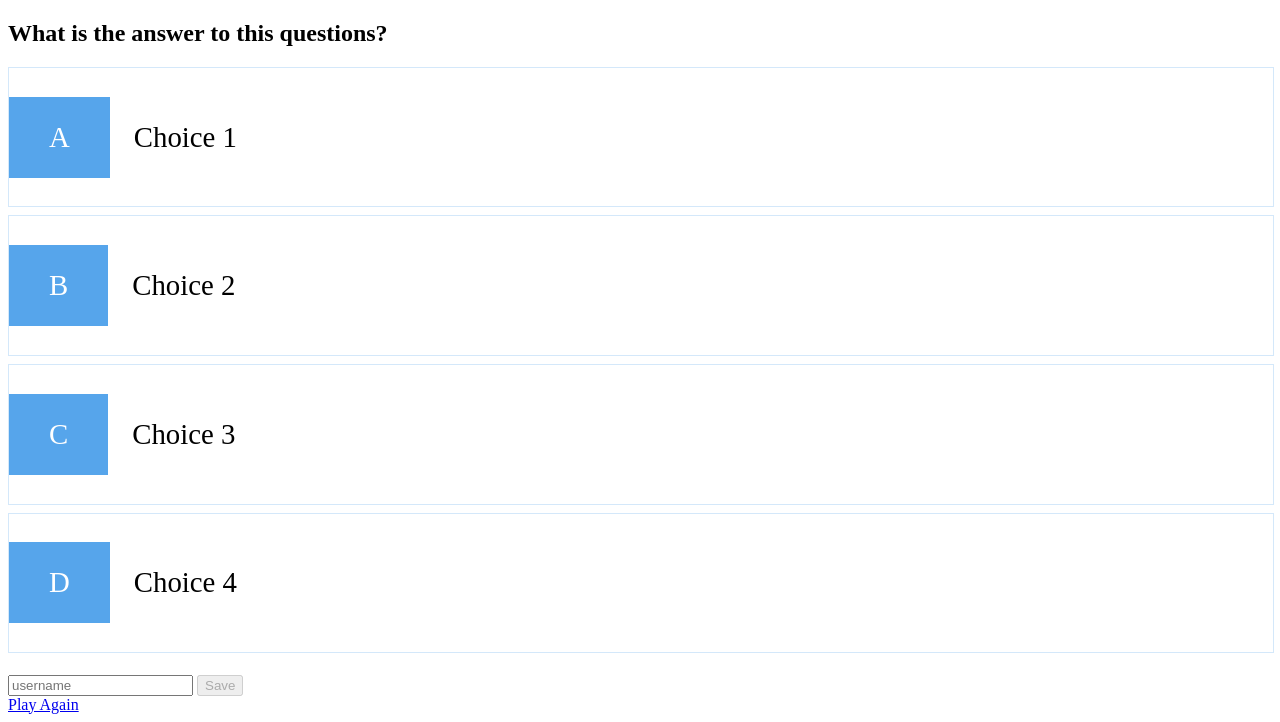
Repository: Q1ngQode/Briana-s-Quiz-App
Page: index.html
The author's editor kept a copy of each file at every save. The page is drawn from the files as they stood at one save, then again after a run of saves.
The browser window is 1280 px wide. The pictures show the whole page.

Above is the page before, as saved 2022-08-08 22:45:31.

### index.html
<!DOCTYPE html>
<html lang="en">
<head>
    <meta charset="UTF-8">
    <meta http-equiv="X-UA-Compatible" content="IE=edge">
    <meta name="viewport" content="width=device-width, initial-scale=1.0">
    <title>Study Quiz</title>
    <link rel="stylesheet" href="app.css"/>
</head>
<body>
    <div class="container"></div>


<html lang="en">
  <head>
    <meta charset="UTF-8" />
    <meta name="viewport" content="width=device-width, initial-scale=1.0" />
    <meta http-equiv="X-UA-Compatible" content="ie=edge" />
    <title>Quick Quiz - Play</title>
    <link rel="stylesheet" href="app.css" />
    <link rel="stylesheet" href="game.css" />
  </head>
  <body>
    <div class="container">
      <div id="game" class="justify-center flex-column">
        <h2 id="quesiton">What is the answer to this questions?</h2>
        <div class="choice-container">
          <p class="choice-prefix">A</p>
          <p class="choice-text">Choice 1</p>
        </div>
        <div class="choice-container">
          <p class="choice-prefix">B</p>
          <p class="choice-text">Choice 2</p>
        </div>
        <div class="choice-container">
          <p class="choice-prefix">C</p>
          <p class="choice-text">Choice 3</p>
        </div>
        <div class="choice-container">
          <p class="choice-prefix">D</p>
          <p class="choice-text">Choice 4</p>
        </div>
      </div>
    </div>
    </body>
    </html>
    <html lang="en">
  <head>
    <meta charset="UTF-8" />
    <meta name="viewport" content="width=device-width, initial-scale=1.0" />
    <meta http-equiv="X-UA-Compatible" content="ie=edge" />
    <title>Congrats!</title>
    <link rel="stylesheet" href="app.css" />
  </head>
  <body>
    <div class="container">
      <div id="end" class="flex-center flex-column">
        <h1 id="finalScore"></h1>
        <form>
          <input
            type="text"
            name="username"
            id="username"
            placeholder="username"
          />
          <button
            type="submit"
            class="btn"
            id="saveScoreBtn"
            onclick="saveHighScore(event)"
            disabled
          >
            Save
          </button>
        </form>
        <a class="btn" href="/game.html">Play Again</a>
      </div>
    </div>
    <script src="end.js"></script>
  </body>
</html>
</body>
</html>

### app.css
#highScoresList {
    list-style: none;
    padding-left: 0;
    margin-bottom: 4rem;
  }

  .high-score {
    font-size: 2.8rem;
    margin-bottom: 0.5rem;
  }

  .high-score:hover {
    transform: scale(1.025);
  }
.choice-container {
    display: flex;
    margin-bottom: 0.5rem;
    width: 100%;
    font-size: 1.8rem;
    border: 0.1rem solid rgb(86, 165, 235, 0.25);
    background-color: white;
  }

  .choice-container:hover {
    cursor: pointer;
    box-shadow: 0 0.4rem 1.4rem 0 rgba(86, 185, 235, 0.5);
    transform: translateY(-0.1rem);
    transition: transform 150ms;
  }

  .choice-prefix {
    padding: 1.5rem 2.5rem;
    background-color: #56a5eb;
    color: white;
  }

  .choice-text {
    padding: 1.5rem;
    width: 100%;
  }
  .choice-container {
    display: flex;
    margin-bottom: 0.5rem;
    width: 100%;
    font-size: 1.8rem;
    border: 0.1rem solid rgb(86, 165, 235, 0.25);
    background-color: white;
  }

  .choice-container:hover {
    cursor: pointer;
    box-shadow: 0 0.4rem 1.4rem 0 rgba(86, 185, 235, 0.5);
    transform: translateY(-0.1rem);
    transition: transform 150ms;
  }

  .choice-prefix {
    padding: 1.5rem 2.5rem;
    background-color: #56a5eb;
    color: white;
  }

  .choice-text {
    padding: 1.5rem;
  }

Loaded but not shown: end.js (no copy from this time; the picture is the same without it); game.css (no stored copy; drawn as an empty file)

After the next 2 saves:
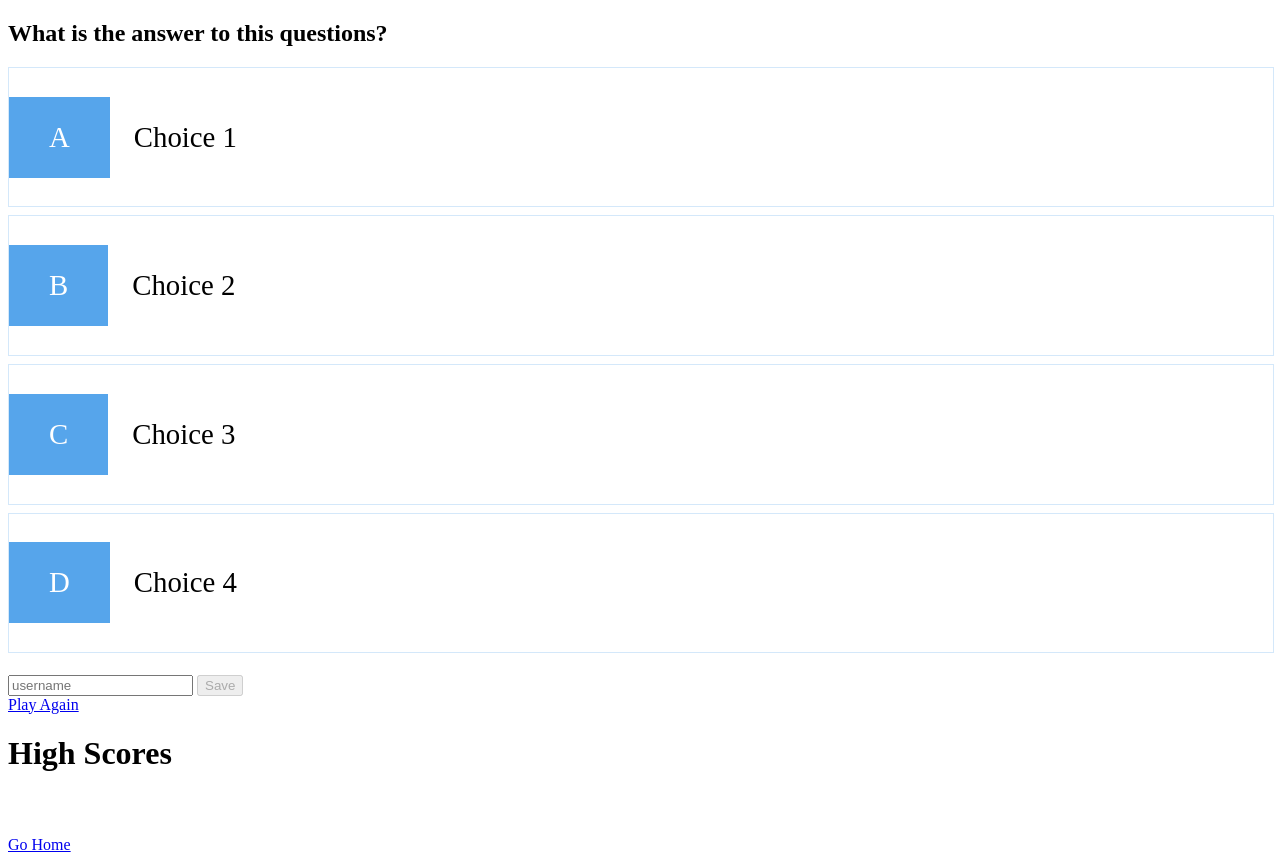
Not found: highscores.css
Not found: highscores.js
The 2 saves are shown as one change because they came seconds apart.
The last was saved 2 min 6 s later.
--- a/index.html
+++ b/index.html
@@ -79,5 +79,25 @@
     <script src="end.js"></script>
   </body>
 </html>
+<html lang="en">
+  <head>
+    <meta charset="UTF-8" />
+    <meta name="viewport" content="width=device-width, initial-scale=1.0" />
+    <meta http-equiv="X-UA-Compatible" content="ie=edge" />
+    <title>High Scores</title>
+    <link rel="stylesheet" href="app.css" />
+    <link rel="stylesheet" href="highscores.css" />
+  </head>
+  <body>
+    <div class="container">
+      <div id="highScores" class="flex-center flex-column">
+        <h1 id="finalScore">High Scores</h1>
+        <ul id="highScoresList"></ul>
+        <a class="btn" href="/">Go Home</a>
+      </div>
+    </div>
+    <script src="highscores.js"></script>
+  </body>
+</html>
 </body>
 </html>
